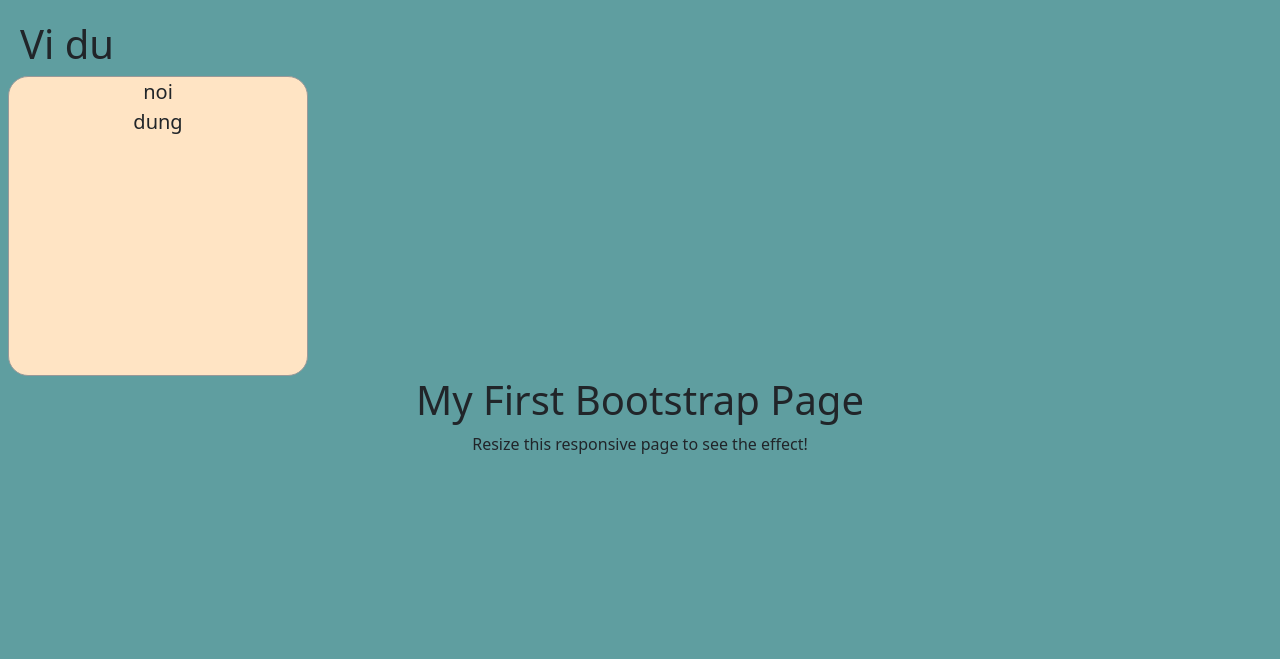
Repository: thanhp6868/ltWeb
Page: 0410/1/1.html
An editor plug-in stored every save of this project. The page is shown before and after the next save, followed by the edit.
The browser window is 1280 px wide. The pictures show the whole page.

Above is the page before, as saved 2023-10-04 14:54:35.

### 0410/1/1.html
<!DOCTYPE html>
<html lang="en">

<head>
    <meta charset="UTF-8">
    <link href="https://cdn.jsdelivr.net/npm/bootstrap@5.2.3/dist/css/bootstrap.min.css" rel="stylesheet"
        integrity="sha384-rbsA2VBKQhggwzxH7pPCaAqO46MgnOM80zW1RWuH61DGLwZJEdK2Kadq2F9CUG65" crossorigin="anonymous">
    <meta name="viewport" content="width=device-width, initial-scale=1.0">
    <link rel="stylesheet" type="" href="style1.css">
    <title>Document</title>
</head>

<body style="padding: 20px;">
    <h1>Vi du</h1>
    <div class="row",>
        <div id="vidu_transition">
           <center> <div class="col-3" >
            noi dung
        </div></center>
        </div>
    </div>

    <div class="jumbotron text-center">
        <h1>My First Bootstrap Page</h1>
        <p>Resize this responsive page to see the effect!</p>
      </div>
</body>

</html>

### 0410/1/style1.css
body{
    background-color: cadetblue;
}

#vidu_transition{
    font-size: 20px;
    border-radius: 20px;
    border: 0.5px solid #999999;
    height: 300px;
    width: 300px;
    background-color: bisque;
    transition: 0.5s;
}
#vidu_transition:hover{
        height: 500px;
        width: 500px;
        background-color: yellow;
}

After the next save:
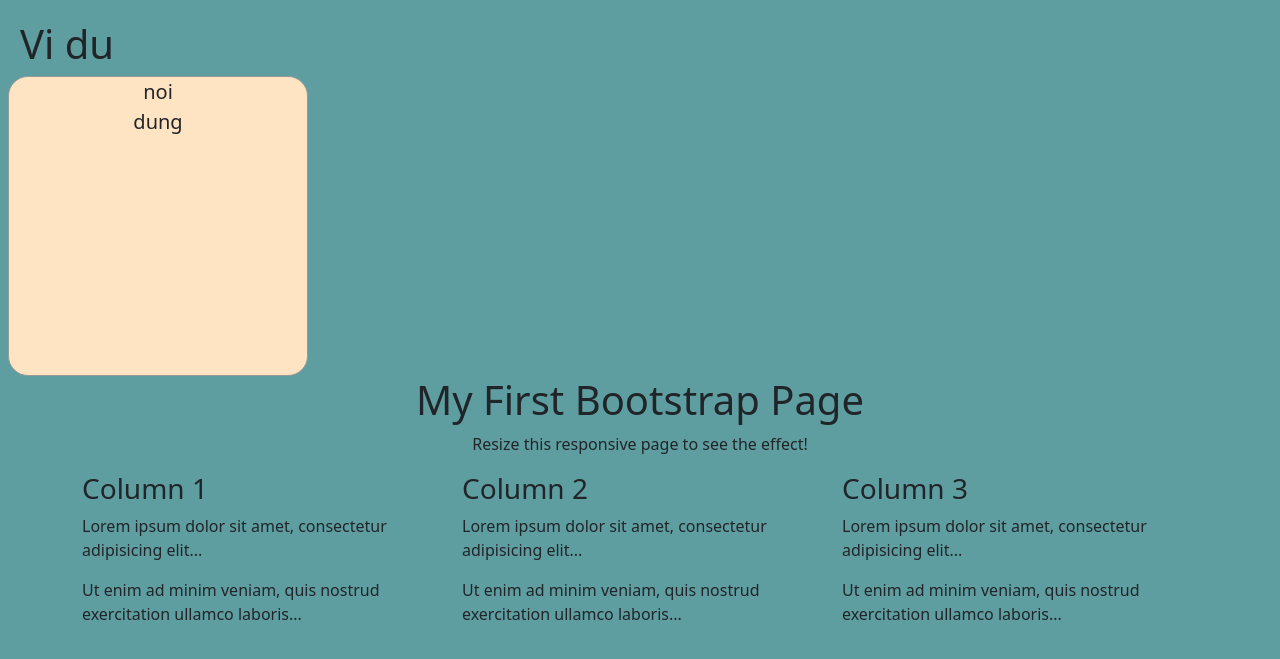
Saved 20 s later.
--- a/0410/1/1.html
+++ b/0410/1/1.html
@@ -24,6 +24,25 @@
         <h1>My First Bootstrap Page</h1>
         <p>Resize this responsive page to see the effect!</p>
       </div>
+      <div class="container">
+        <div class="row">
+          <div class="col-sm-4">
+            <h3>Column 1</h3>
+            <p>Lorem ipsum dolor sit amet, consectetur adipisicing elit...</p>
+            <p>Ut enim ad minim veniam, quis nostrud exercitation ullamco laboris...</p>
+          </div>
+          <div class="col-sm-4">
+            <h3>Column 2</h3>
+            <p>Lorem ipsum dolor sit amet, consectetur adipisicing elit...</p>
+            <p>Ut enim ad minim veniam, quis nostrud exercitation ullamco laboris...</p>
+          </div>
+          <div class="col-sm-4">
+            <h3>Column 3</h3>
+            <p>Lorem ipsum dolor sit amet, consectetur adipisicing elit...</p>
+            <p>Ut enim ad minim veniam, quis nostrud exercitation ullamco laboris...</p>
+          </div>
+        </div>
+      </div>
 </body>
 
 </html>
